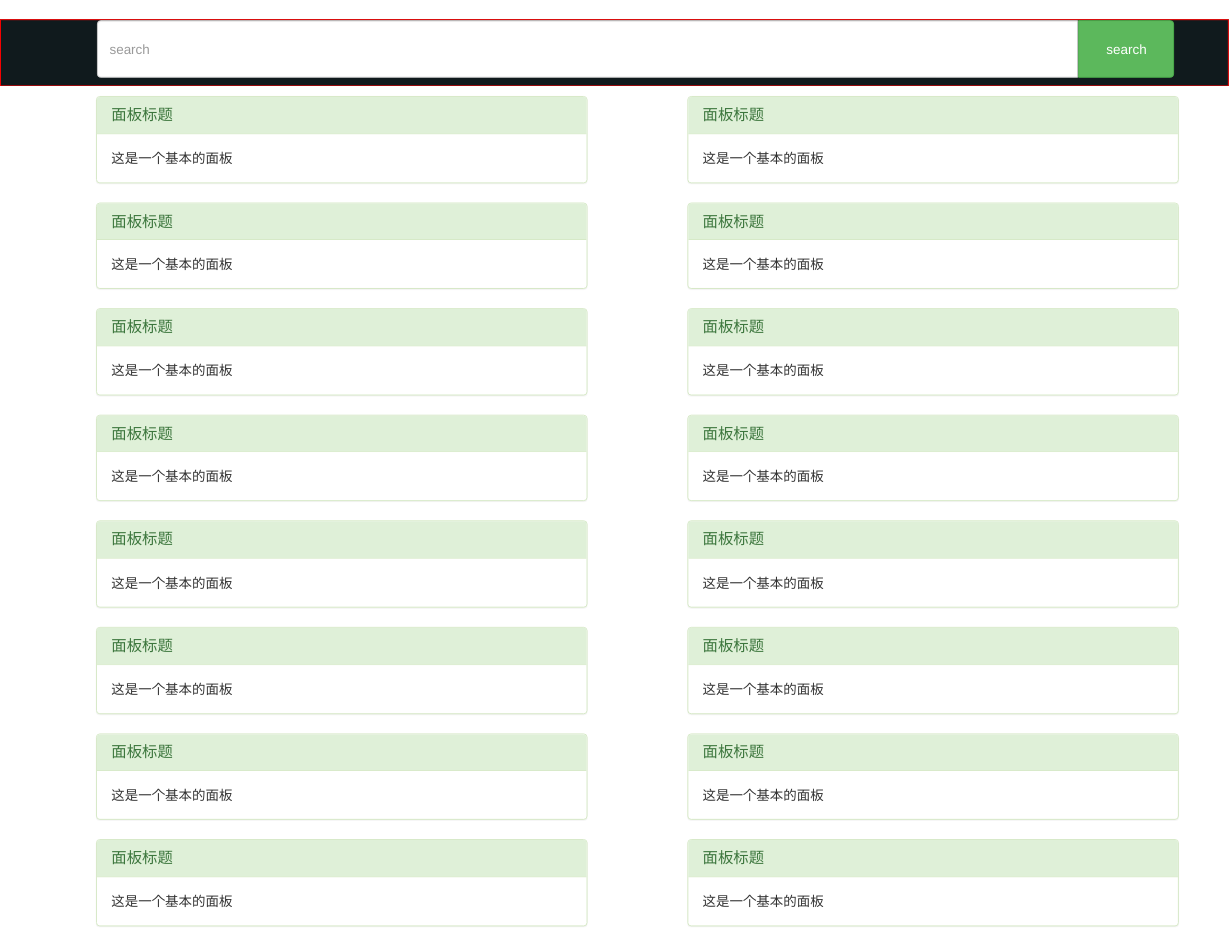
Repository: Tuzijing/Battlefield
Page: http://localhost/static/views/fram/fram.php
The author's editor kept a copy of each file at every save. The page is drawn from the files as they stood at one save, then again after a run of saves.
The browser window is 1280 px wide. The pictures show the whole page, at 96% of full size.
The page is run by PHP 8.4 with error messages shown; the project is at /var/www/html/.

Above is the page before, as saved 2018-07-13 17:58:59.

After the next 2 saves:
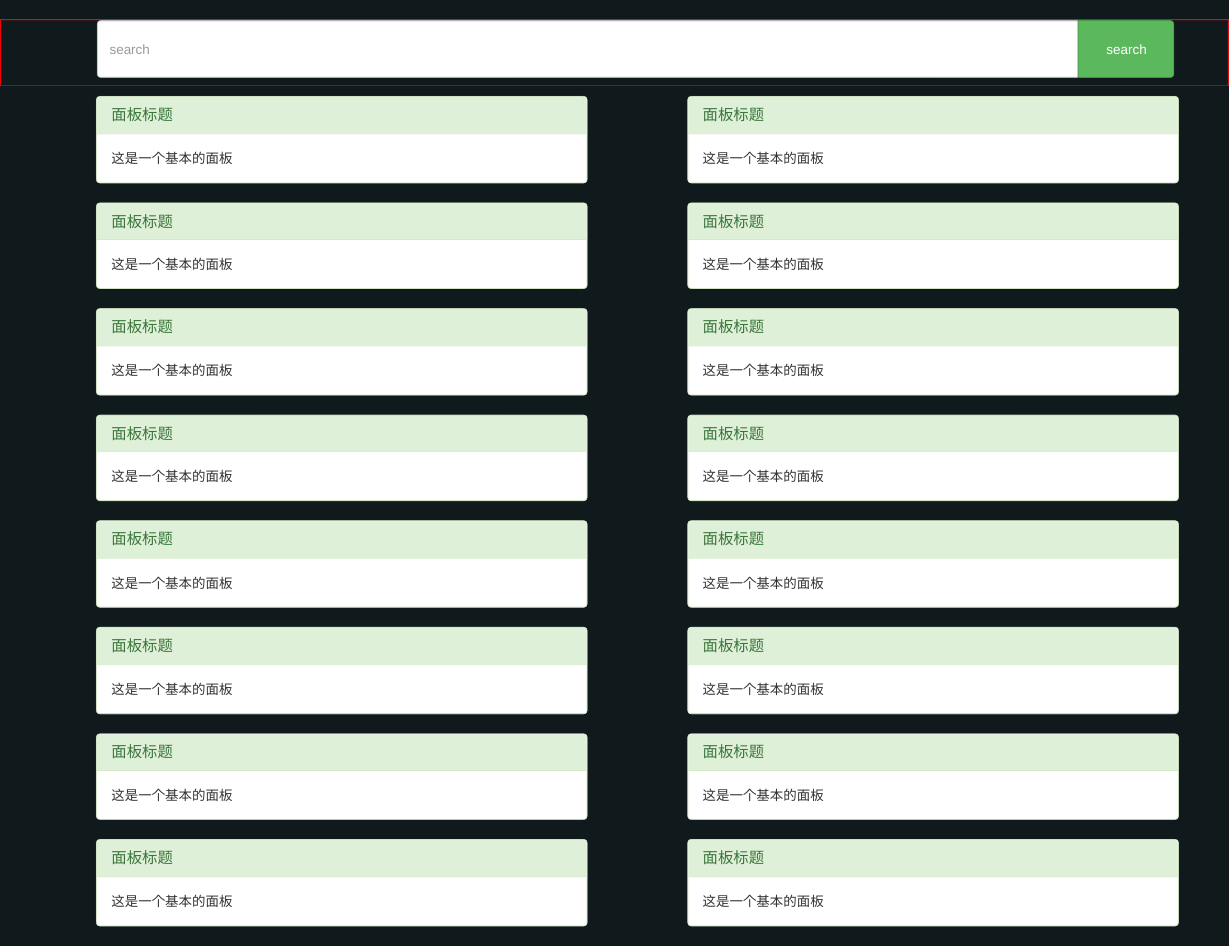
The 2 saves are shown as one change because they came seconds apart.
The last was saved 54 s later.
--- a/BattlefieldWebP/static/common/css/fram/fram.css
+++ b/BattlefieldWebP/static/common/css/fram/fram.css
@@ -1,8 +1,6 @@
 @CHARSET "UTF-8";
- *{margin:0;padding:0;}
 body{
-
-	padding-top: 0px;
+	background-color: #101a1d;
 }
 
 /*fram 容器*/
